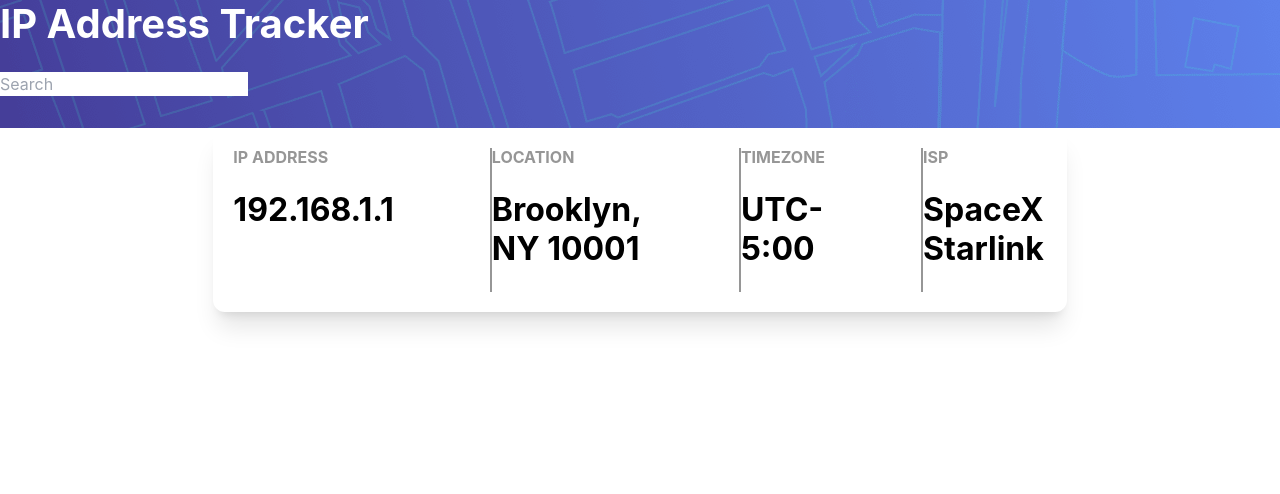
Repository: Dealsy/IP-Tracker
Page: /
The author's editor kept a copy of each file at every save. The page is drawn from the files as they stood at one save, then again after a run of saves.
The browser window is 1280 px wide. The pictures show the whole page.
The project was rebuilt for these pictures with package versions that can differ from the ones it lists, and the page was loaded fresh each time. The framework's server and built-in components were replaced by stand-ins that run in the browser. Also part of the build but not shown: next.config.js.

Above is the page before, as saved 2022-04-21 21:46:30.

After the next 2 saves:
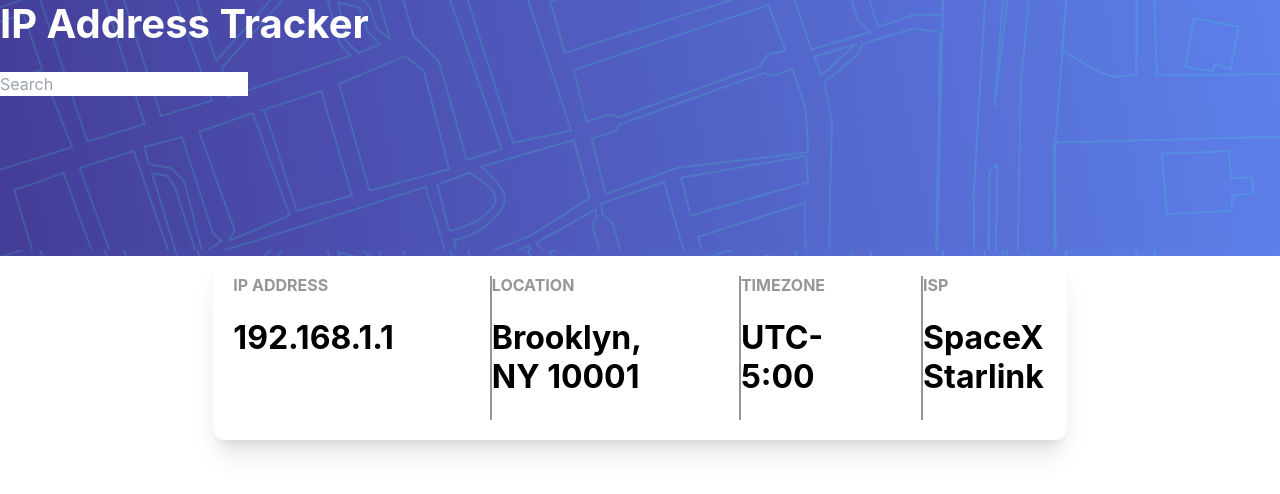
The 2 saves are shown as one change because they came seconds apart.
The last was saved 6 s later.
--- a/pages/index.js
+++ b/pages/index.js
@@ -10,7 +10,7 @@ export default function Home() {
       </Head>
 
       <main>
-        <div className="bg-Backdrop h-32">
+        <div className="bg-Backdrop h-64">
           <h1 className="text-white">IP Address Tracker</h1>
           <input type="search" placeholder="Search" />
         </div>
